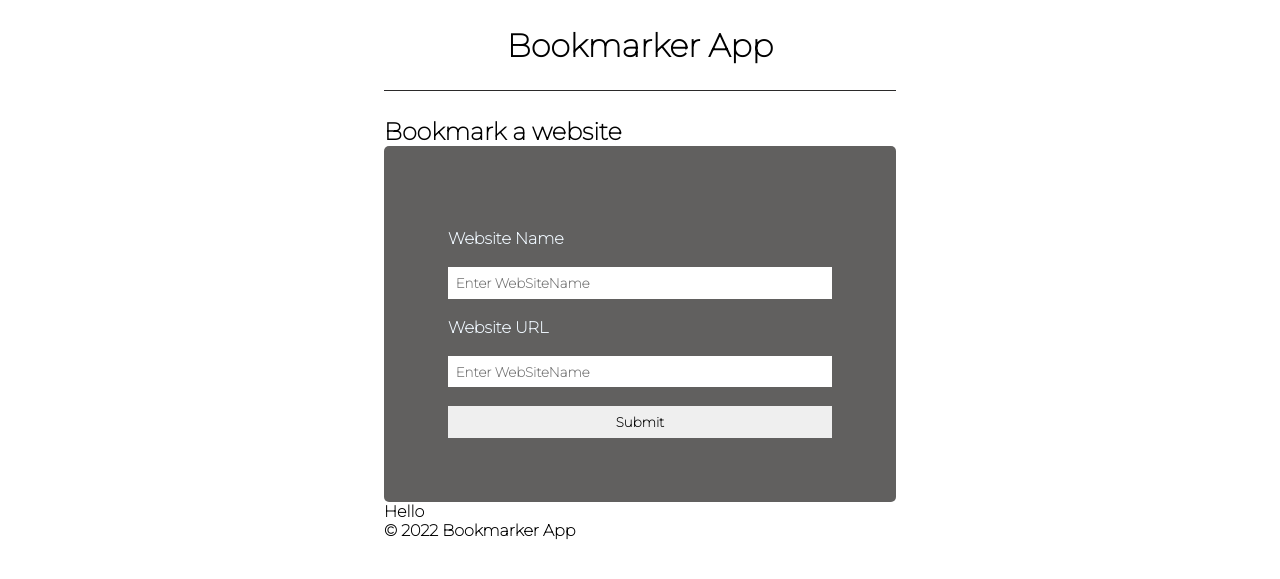
Repository: Suporl9/BookMarkerApp
Page: index.html
These files come from the project's save history. The page is drawn as it stood at one moment and after the next save; the edit follows.
The browser window is 1280 px wide. The pictures show the whole page.

Above is the page before, as saved 2021-11-21 21:16:03.

### index.html
<!DOCTYPE html>
<html lang="en">
  <head>
    <meta charset="UTF-8" />
    <meta http-equiv="X-UA-Compatible" content="IE=edge" />
    <meta name="viewport" content="width=device-width, initial-scale=1.0" />
    <link rel="stylesheet" href="./style.css" />
    <title>Document</title>
  </head>
  <body>
    <div class="container">
      <div class="innerContainer">
        <div class="ininContainer">
          <div class="bookmarkerSection"><h1>Bookmarker App</h1></div>
          <!-- <h1>Bookmarker App</h1> -->
          <div class="vh"></div>
          <div class="formInput">
            <form class="formSec">
              <h2 class="h2class">Bookmark a website</h2>
              <div class="sitesec">
                <label class="labc" name="siteName">Website Name</label>
                <input
                  type="text"
                  name="sitename"
                  placeholder="Enter WebSiteName"
                  class="inpClass"
                />
                <label class="labc" name="siteName">Website URL</label>
                <input
                  type="text"
                  name="sitename"
                  class="inpClass"
                  placeholder="Enter WebSiteName"
                />
                <button class="submBtn">Submit</button>
              </div>
            </form>
          </div>
          <div class="toBeAdded">Hello</div>
          <footer class="footer">
            <p>&copy; 2022 Bookmarker App</p>
          </footer>
        </div>
      </div>
    </div>
  </body>
</html>

### style.css
@import url("https://fonts.googleapis.com/css2?family=Montserrat:wght@100&display=swap");

:root {
  --main-bg-color: rgb(255, 255, 255);
  --main-grey: rgb(97, 96, 95);
}
* {
  font-family: "Montserrat", sans-serif;
  box-sizing: border-box; /* includes padding in height and width(the box outside doesnot get bigger when adding padding and stuff)*/
  margin: 0;
  padding: 0;
  font-weight: bold;
  border: none;
}
body {
  width: 80%;
  margin: auto;
}
.container {
  font-family: "Montserrat", sans-serif;

  display: flex;
  justify-content: center;
}
.innerContainer {
  /* display: flex;
  flex-direction: column; */
  width: 50%;
  margin: auto;
  /* justify-content: center;
  align-self: center; */
}
.ininContainer {
  display: flex;
  flex-direction: column;
  margin-top: 5%;
  /* align-content: center; */
  /* justify-content: center; */
}
.bookmarkerSection {
  display: flex;
  justify-content: center;
}
.vh {
  border-bottom: 1px solid rgb(43, 42, 42);
  margin-top: 5%;
}
/* .formInput {
  display: flex;
  flex-direction: column;
  justify-content: center;
} */
.h2class {
  /* align-self: center; */
}
.formSec {
  display: flex;
  flex-direction: column;
  margin-top: 5%;
  /* justify-content: end; */
  /* width: 0%; */
  /* align-content: center; */
}
.sitesec {
  display: flex;
  flex-direction: column;
  background-color: var(--main-grey);
  padding: 4rem;
  border-radius: 5px;
  color: aliceblue;
}
.submBtn {
  margin-top: 5%;
  padding: 0.5rem;
}
.inpClass {
  margin-top: 5%;
  padding: 2%;
}
.labc {
  margin-top: 5%;
}
/* .formSec,
.sitesec {
  display: flex;
  flex-direction: column;
} */
/* .sitesec {
  display: flex;
  flex-direction: column;
}
 */

After the next save:
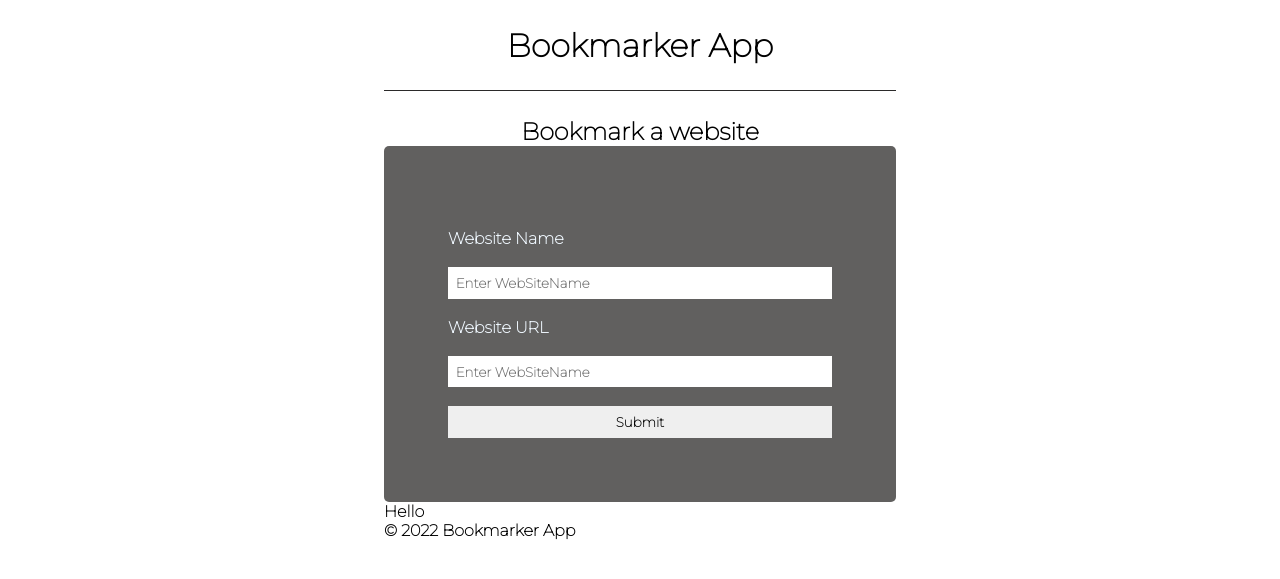
Saved 3 s later.
--- a/style.css
+++ b/style.css
@@ -51,7 +51,7 @@ body {
   justify-content: center;
 } */
 .h2class {
-  /* align-self: center; */
+  align-self: center;
 }
 .formSec {
   display: flex;
